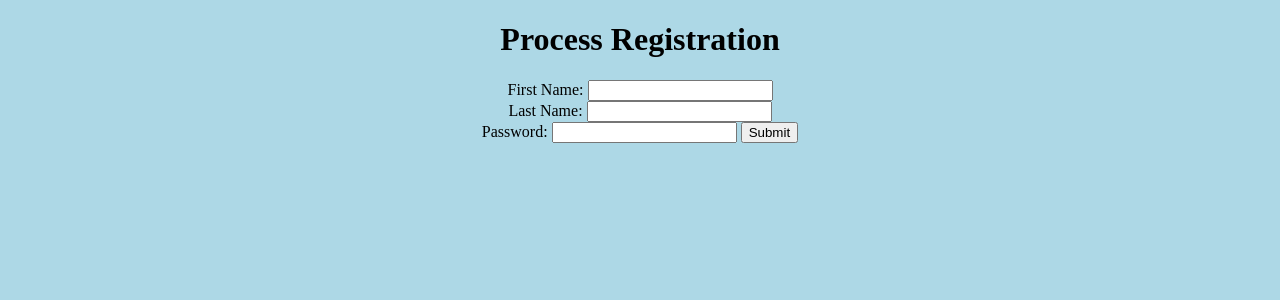
Repository: jedeyejed00/TheGameShaq
Page: http://localhost/ClassWork/ClassAssignment/process_register.php
The author's editor kept a record of every edit. The page is drawn from the files as they stood at one moment, then again after the next edit.
The browser window is 1280 px wide. The pictures show the whole page.
The page is run by PHP 8.4 with error messages shown; the project is at /var/www/html/.

Above is the page before.

### ClassWork/ClassAssignment/process_register.php
<!DOCTYPE html>

<html><head>
<title>Process Registration</title>

    </head>

    <body bgcolor = lightblue><Center>

                <H1>Process Registration</H1>

                <form action ="register.php" method = "POST">

                    <label for ="firstname">First Name:</label>
                    <input type ="firstname" name = "firstName" id="firstname" required> <br>

                     <label for ="lastname">Last Name:</label>
                    <input type ="lastname" name = "lastName" id="lastname" required> <br>

                    <label for ="password">Password:</label>
                    <input type ="password"= name = "password" id ="password" required>

                    <button> Submit</button>



                    </form>



</Center></body>

    </html>

After the next edit:
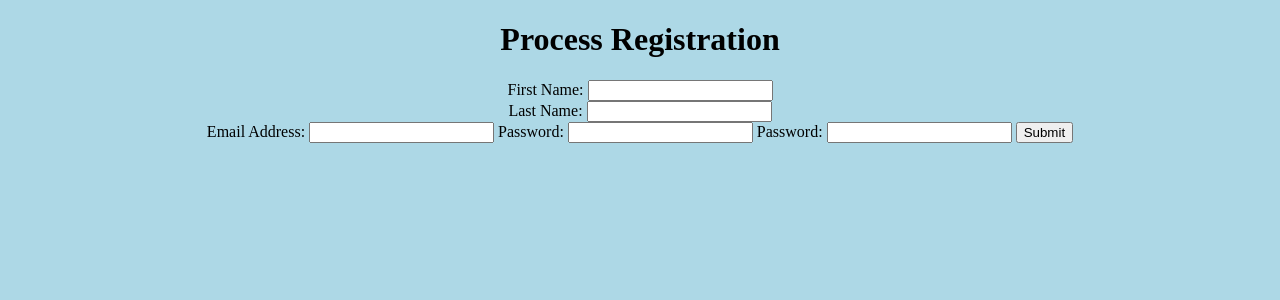
The edit:
--- a/ClassWork/ClassAssignment/process_register.php
+++ b/ClassWork/ClassAssignment/process_register.php
@@ -17,6 +17,12 @@
                      <label for ="lastname">Last Name:</label>
                     <input type ="lastname" name = "lastName" id="lastname" required> <br>
 
+                    <label for ="email">Email Address:</label>
+                    <input type ="email" name = "email" id="email" required>
+
+                    <label for ="password">Password:</label>
+                    <input type ="password"= name = "password" id ="password" required>
+
                     <label for ="password">Password:</label>
                     <input type ="password"= name = "password" id ="password" required>
 
